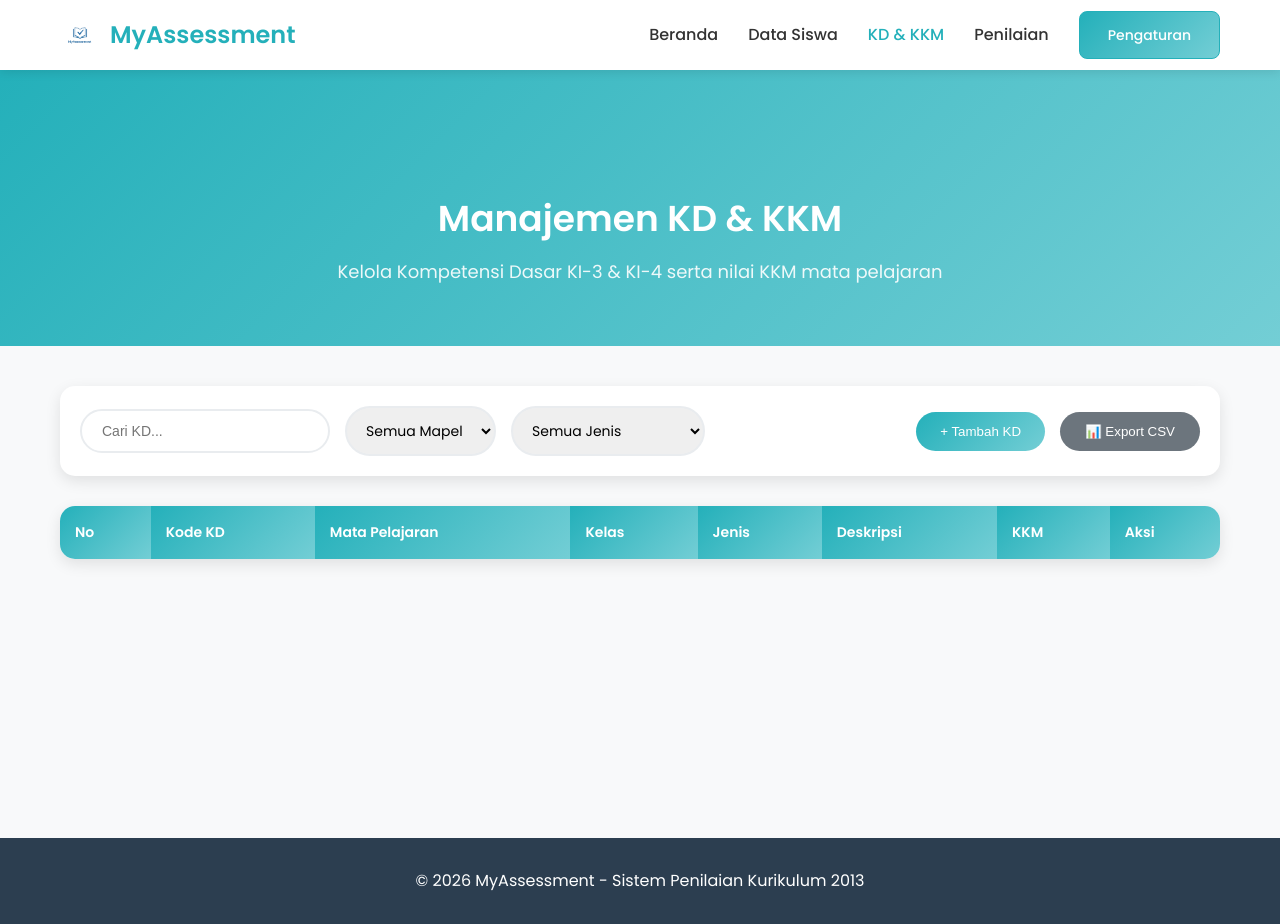
Repository: Ws529/MyAssassment_Final
Page: MyAssessment/wwwroot/kompetensi.html
The author's editor kept a copy of each file at every save. The page is drawn from the files as they stood at one save, then again after the next save.
The browser window is 1280 px wide. The pictures show the whole page.
The page's requests for data from a server got no answer.

Above is the page before, as saved 2026-01-01 14:11:24.

### MyAssessment/wwwroot/kompetensi.html
<!DOCTYPE html>
<html lang="id">
<head>
    <meta charset="utf-8" />
    <meta name="viewport" content="width=device-width, initial-scale=1.0" />
    <title>Manajemen KD & KKM - My Assessment</title>
    <link href="https://fonts.googleapis.com/css2?family=Poppins:wght@300;400;500;600;700&display=swap" rel="stylesheet">
    <link href="assets/css/neon-buttons.css" rel="stylesheet">
    <style>
        * { margin: 0; padding: 0; box-sizing: border-box; }
        body { font-family: 'Poppins', sans-serif; line-height: 1.6; color: #333; background-color: #f8f9fa; }
        .container { max-width: 1200px; margin: 0 auto; padding: 0 20px; }
        .navbar { background: #fff; box-shadow: 0 2px 10px rgba(0,0,0,0.1); position: fixed; top: 0; width: 100%; z-index: 1000; }
        .nav-container { max-width: 1200px; margin: 0 auto; padding: 0 20px; display: flex; justify-content: space-between; align-items: center; height: 70px; }
        .nav-brand { display: flex; align-items: center; font-size: 24px; font-weight: 600; color: #24b0ba; gap: 10px; text-decoration: none; }
        .nav-menu { display: flex; align-items: center; gap: 30px; }
        .nav-link { text-decoration: none; color: #333; font-weight: 500; transition: color 0.3s; }
        .nav-link:hover, .nav-link.active { color: #24b0ba; }
        .btn-primary { background: linear-gradient(135deg, #24b0ba, #73ced5); color: white; border: none; padding: 12px 24px; border-radius: 25px; font-weight: 500; cursor: pointer; text-decoration: none; }
        .page-header { background: linear-gradient(135deg, #24b0ba, #73ced5); color: white; padding: 120px 0 60px; margin-top: 70px; text-align: center; }
        .page-header h1 { font-size: 36px; font-weight: 600; margin-bottom: 10px; }
        .page-header p { font-size: 18px; opacity: 0.9; }
        .page-content { padding: 40px 0; min-height: 60vh; }
        .action-bar { display: flex; justify-content: space-between; align-items: center; margin-bottom: 30px; padding: 20px; background: white; border-radius: 15px; box-shadow: 0 5px 15px rgba(0,0,0,0.1); flex-wrap: wrap; gap: 15px; }
        .search-filter { display: flex; gap: 15px; align-items: center; flex-wrap: wrap; }
        .search-input { padding: 12px 20px; border: 2px solid #e9ecef; border-radius: 25px; font-size: 14px; width: 250px; outline: none; }
        .search-input:focus { border-color: #24b0ba; }
        .form-select { padding: 12px 15px; border: 2px solid #e9ecef; border-radius: 25px; font-size: 14px; outline: none; font-family: 'Poppins', sans-serif; }
        .action-buttons { display: flex; gap: 15px; }
        .btn-secondary { background: #6c757d; color: white; border: none; padding: 12px 25px; border-radius: 25px; font-weight: 500; cursor: pointer; }
        .form-card { background: white; padding: 30px; border-radius: 15px; box-shadow: 0 5px 15px rgba(0,0,0,0.1); margin-bottom: 30px; display: none; }
        .form-card.active { display: block; }
        .form-card h3 { font-size: 24px; font-weight: 600; margin-bottom: 25px; color: #333; border-bottom: 2px solid #24b0ba; padding-bottom: 10px; }
        .form-grid { display: grid; grid-template-columns: repeat(auto-fit, minmax(250px, 1fr)); gap: 20px; margin-bottom: 25px; }
        .form-group { display: flex; flex-direction: column; }
        .form-group.full-width { grid-column: 1 / -1; }
        .form-group label { font-weight: 500; margin-bottom: 8px; color: #333; }
        .form-input { padding: 12px 15px; border: 2px solid #e9ecef; border-radius: 8px; font-size: 14px; outline: none; font-family: 'Poppins', sans-serif; }
        .form-input:focus { border-color: #24b0ba; }
        .form-actions { display: flex; gap: 15px; justify-content: flex-end; padding-top: 20px; border-top: 1px solid #e9ecef; }
        .data-grid { background: white; border-radius: 15px; overflow: hidden; box-shadow: 0 5px 15px rgba(0,0,0,0.1); }
        .grid-table { width: 100%; border-collapse: collapse; font-size: 14px; }
        .grid-table th { background: linear-gradient(135deg, #24b0ba, #73ced5); color: white; padding: 15px; text-align: left; font-weight: 600; }
        .grid-table td { padding: 15px; border-bottom: 1px solid #e9ecef; vertical-align: middle; }
        .grid-table tr:hover { background: #f8f9fa; }
        .btn-edit { background: #28a745; color: white; border: none; padding: 8px 15px; border-radius: 5px; font-size: 12px; cursor: pointer; margin-right: 5px; }
        .btn-delete { background: #dc3545; color: white; border: none; padding: 8px 15px; border-radius: 5px; font-size: 12px; cursor: pointer; }
        .badge { padding: 5px 12px; border-radius: 15px; font-size: 12px; font-weight: 500; }
        .badge-ki3 { background: #e3f2fd; color: #1976d2; }
        .badge-ki4 { background: #fce4ec; color: #c2185b; }
        .empty-state { text-align: center; padding: 60px 20px; color: #666; }
        .empty-state h3 { font-size: 24px; margin-bottom: 10px; color: #333; }
        .message { padding: 15px 20px; border-radius: 8px; margin-bottom: 20px; display: none; }
        .message.success { background: #d4edda; color: #155724; border: 1px solid #c3e6cb; display: block; }
        .message.error { background: #f8d7da; color: #721c24; border: 1px solid #f5c6cb; display: block; }
        .footer { background: #2c3e50; color: white; padding: 30px 0; text-align: center; margin-top: 60px; }
        @media (max-width: 768px) {
            .action-bar { flex-direction: column; align-items: stretch; }
            .search-input { width: 100%; }
            .nav-menu { display: none; }
            .grid-table { display: block; overflow-x: auto; }
        }
    </style>
</head>
<body>
    <nav class="navbar">
        <div class="nav-container">
            <a href="index.html" class="nav-brand">
                <img src="assets/img/logo.png" alt="MyAssessment Logo" style="height: 40px; width: auto;">
                <span>MyAssessment</span>
            </a>
            <div class="nav-menu">
                <a href="index.html" class="nav-link">Beranda</a>
                <a href="siswa.html" class="nav-link">Data Siswa</a>
                <a href="kompetensi.html" class="nav-link active">KD & KKM</a>
                <a href="penilaian.html" class="nav-link">Penilaian</a>
                <a href="pengaturan.html" class="btn-neon btn-neon-primary">Pengaturan</a>
            </div>
        </div>
    </nav>
    <section class="page-header">
        <div class="container">
            <h1>Manajemen KD & KKM</h1>
            <p>Kelola Kompetensi Dasar KI-3 & KI-4 serta nilai KKM mata pelajaran</p>
        </div>
    </section>
    <section class="page-content">
        <div class="container">
            <div class="message" id="message"></div>
            <div class="action-bar">
                <div class="search-filter">
                    <input type="text" class="search-input" id="searchInput" placeholder="Cari KD..." onkeyup="searchKD()">
                    <select class="form-select" id="filterMapel" onchange="filterKD()">
                        <option value="">Semua Mapel</option>
                    </select>
                    <select class="form-select" id="filterType" onchange="filterKD()">
                        <option value="">Semua Jenis</option>
                        <option value="KI-3">KI-3 (Pengetahuan)</option>
                        <option value="KI-4">KI-4 (Keterampilan)</option>
                    </select>
                </div>
                <div class="action-buttons">
                    <button class="btn-primary" onclick="showForm()">+ Tambah KD</button>
                    <button class="btn-secondary" onclick="exportCSV()">📊 Export CSV</button>
                </div>
            </div>
            <div class="form-card" id="formCard">
                <h3 id="formTitle">Tambah Kompetensi Dasar Baru</h3>
                <div class="form-grid">
                    <div class="form-group">
                        <label>Kode KD</label>
                        <input type="text" class="form-input" id="kodeKD" placeholder="Contoh: 3.1, 4.1">
                    </div>
                    <div class="form-group">
                        <label>Mata Pelajaran</label>
                        <select class="form-input" id="mapel"><option value="">Pilih Mata Pelajaran</option></select>
                    </div>
                    <div class="form-group">
                        <label>Kelas</label>
                        <select class="form-input" id="kelas"><option value="">Pilih Kelas</option></select>
                    </div>
                    <div class="form-group">
                        <label>Jenis KI</label>
                        <select class="form-input" id="jenisKI">
                            <option value="">Pilih Jenis KI</option>
                            <option value="KI-3">KI-3 (Pengetahuan)</option>
                            <option value="KI-4">KI-4 (Keterampilan)</option>
                        </select>
                    </div>
                    <div class="form-group">
                        <label>KKM</label>
                        <input type="number" class="form-input" id="kkm" placeholder="75" value="75" min="0" max="100">
                    </div>
                    <div class="form-group full-width">
                        <label>Deskripsi Kompetensi Dasar</label>
                        <textarea class="form-input" id="deskripsi" rows="3" placeholder="Masukkan deskripsi lengkap KD"></textarea>
                    </div>
                </div>
                <div class="form-actions">
                    <button class="btn-primary" onclick="saveKD()">Simpan</button>
                    <button class="btn-secondary" onclick="hideForm()">Batal</button>
                </div>
            </div>
            <div class="data-grid">
                <table class="grid-table" id="kdTable">
                    <thead>
                        <tr>
                            <th>No</th><th>Kode KD</th><th>Mata Pelajaran</th><th>Kelas</th><th>Jenis</th><th>Deskripsi</th><th>KKM</th><th>Aksi</th>
                        </tr>
                    </thead>
                    <tbody id="kdBody"></tbody>
                </table>
            </div>
        </div>
    </section>
    <footer class="footer">
        <div class="container"><p>© 2026 MyAssessment - Sistem Penilaian Kurikulum 2013</p></div>
    </footer>
    <script>
        const API_URL = '/api';
        let competencies = [];
        let kelasList = [];
        let mapelList = [];
        let editingId = null;

        document.addEventListener('DOMContentLoaded', function() {
            loadDropdownOptions();
            loadKompetensi();
        });

        async function loadDropdownOptions() {
            try {
                const [kelasRes, mapelRes] = await Promise.all([
                    fetch(`${API_URL}/kelas`),
                    fetch(`${API_URL}/mapel`)
                ]);
                kelasList = await kelasRes.json();
                mapelList = await mapelRes.json();

                const filterMapel = document.getElementById('filterMapel');
                filterMapel.innerHTML = '<option value="">Semua Mapel</option>';
                mapelList.forEach(m => filterMapel.innerHTML += `<option value="${m.nama}">${m.nama}</option>`);

                const formMapel = document.getElementById('mapel');
                formMapel.innerHTML = '<option value="">Pilih Mata Pelajaran</option>';
                mapelList.forEach(m => formMapel.innerHTML += `<option value="${m.nama}">${m.nama}</option>`);

                const formKelas = document.getElementById('kelas');
                formKelas.innerHTML = '<option value="">Pilih Kelas</option>';
                kelasList.forEach(k => formKelas.innerHTML += `<option value="${k.nama}">${k.nama}</option>`);
            } catch (err) {
                console.error('Error loading options:', err);
            }
        }

        async function loadKompetensi() {
            try {
                const res = await fetch(`${API_URL}/kompetensi`);
                competencies = await res.json();
                renderKD();
            } catch (err) {
                console.error('Error loading kompetensi:', err);
                showMessage('Gagal memuat data KD', 'error');
            }
        }

        function renderKD(data = competencies) {
            const tbody = document.getElementById('kdBody');
            if (data.length === 0) {
                tbody.innerHTML = `<tr><td colspan="8"><div class="empty-state"><h3>Belum ada data Kompetensi Dasar</h3><p>Klik tombol "Tambah KD" untuk menambah data baru</p></div></td></tr>`;
                return;
            }
            tbody.innerHTML = data.map((kd, index) => `
                <tr>
                    <td>${index + 1}</td>
                    <td><strong>${kd.kode}</strong></td>
                    <td>${kd.mapel}</td>
                    <td>${kd.kelas}</td>
                    <td><span class="badge ${kd.jenis === 'KI-3' ? 'badge-ki3' : 'badge-ki4'}">${kd.jenis}</span></td>
                    <td>${kd.deskripsi ? kd.deskripsi.substring(0, 50) + '...' : '-'}</td>
                    <td><strong>${kd.kkm}</strong></td>
                    <td>
                        <button class="btn-edit" onclick="editKD('${kd.id}')">Edit</button>
                        <button class="btn-delete" onclick="deleteKD('${kd.id}')">Hapus</button>
                    </td>
                </tr>
            `).join('');
        }

        function showForm() {
            document.getElementById('formCard').classList.add('active');
            document.getElementById('formTitle').textContent = 'Tambah Kompetensi Dasar Baru';
            clearForm();
            editingId = null;
        }

        function hideForm() {
            document.getElementById('formCard').classList.remove('active');
            clearForm();
            editingId = null;
        }

        function clearForm() {
            document.getElementById('kodeKD').value = '';
            document.getElementById('mapel').value = '';
            document.getElementById('kelas').value = '';
            document.getElementById('jenisKI').value = '';
            document.getElementById('kkm').value = '75';
            document.getElementById('deskripsi').value = '';
        }

        async function saveKD() {
            const kd = {
                kode: document.getElementById('kodeKD').value,
                mapel: document.getElementById('mapel').value,
                kelas: document.getElementById('kelas').value,
                jenis: document.getElementById('jenisKI').value,
                kkm: parseInt(document.getElementById('kkm').value),
                deskripsi: document.getElementById('deskripsi').value
            };

            if (!kd.kode || !kd.mapel || !kd.kelas || !kd.jenis || !kd.deskripsi) {
                showMessage('Mohon lengkapi semua data!', 'error');
                return;
            }

            try {
                let res;
                if (editingId) {
                    res = await fetch(`${API_URL}/kompetensi/${editingId}`, {
                        method: 'PUT',
                        headers: { 'Content-Type': 'application/json' },
                        body: JSON.stringify(kd)
                    });
                } else {
                    res = await fetch(`${API_URL}/kompetensi`, {
                        method: 'POST',
                        headers: { 'Content-Type': 'application/json' },
                        body: JSON.stringify(kd)
                    });
                }
                const result = await res.json();
                showMessage(result.message, 'success');
                hideForm();
                loadKompetensi();
            } catch (err) {
                showMessage('Gagal menyimpan data', 'error');
            }
        }

        function editKD(id) {
            const kd = competencies.find(k => k.id === id);
            if (kd) {
                document.getElementById('kodeKD').value = kd.kode;
                document.getElementById('mapel').value = kd.mapel;
                document.getElementById('kelas').value = kd.kelas;
                document.getElementById('jenisKI').value = kd.jenis;
                document.getElementById('kkm').value = kd.kkm;
                document.getElementById('deskripsi').value = kd.deskripsi;
                document.getElementById('formCard').classList.add('active');
                document.getElementById('formTitle').textContent = 'Edit Kompetensi Dasar';
                editingId = id;
            }
        }

        async function deleteKD(id) {
            if (confirm('Yakin ingin menghapus Kompetensi Dasar ini?')) {
                try {
                    const res = await fetch(`${API_URL}/kompetensi/${id}`, { method: 'DELETE' });
                    const result = await res.json();
                    showMessage(result.message, 'success');
                    loadKompetensi();
                } catch (err) {
                    showMessage('Gagal menghapus data', 'error');
                }
            }
        }

        function searchKD() {
            const searchTerm = document.getElementById('searchInput').value.toLowerCase();
            const filtered = competencies.filter(k =>
                k.kode.toLowerCase().includes(searchTerm) ||
                (k.deskripsi && k.deskripsi.toLowerCase().includes(searchTerm)) ||
                k.mapel.toLowerCase().includes(searchTerm)
            );
            renderKD(filtered);
        }

        function filterKD() {
            const mapel = document.getElementById('filterMapel').value;
            const type = document.getElementById('filterType').value;
            let filtered = competencies;
            if (mapel) filtered = filtered.filter(k => k.mapel === mapel);
            if (type) filtered = filtered.filter(k => k.jenis === type);
            renderKD(filtered);
        }

        function exportCSV() {
            let csv = 'Kode KD,Mata Pelajaran,Kelas,Jenis KI,Deskripsi,KKM\n';
            competencies.forEach(k => {
                csv += `${k.kode},${k.mapel},${k.kelas},${k.jenis},"${k.deskripsi || ''}",${k.kkm}\n`;
            });
            const blob = new Blob([csv], { type: 'text/csv' });
            const url = window.URL.createObjectURL(blob);
            const a = document.createElement('a');
            a.href = url;
            a.download = 'KompetensiDasar.csv';
            a.click();
            showMessage('Data berhasil diekspor ke CSV!', 'success');
        }

        function showMessage(text, type) {
            const msg = document.getElementById('message');
            msg.textContent = text;
            msg.className = 'message ' + type;
            setTimeout(() => { msg.className = 'message'; }, 3000);
        }
    </script>
</body>
</html>

Loaded but not shown: MyAssessment/wwwroot/assets/css/neon-buttons.css (288 lines, source omitted)

After the next save:
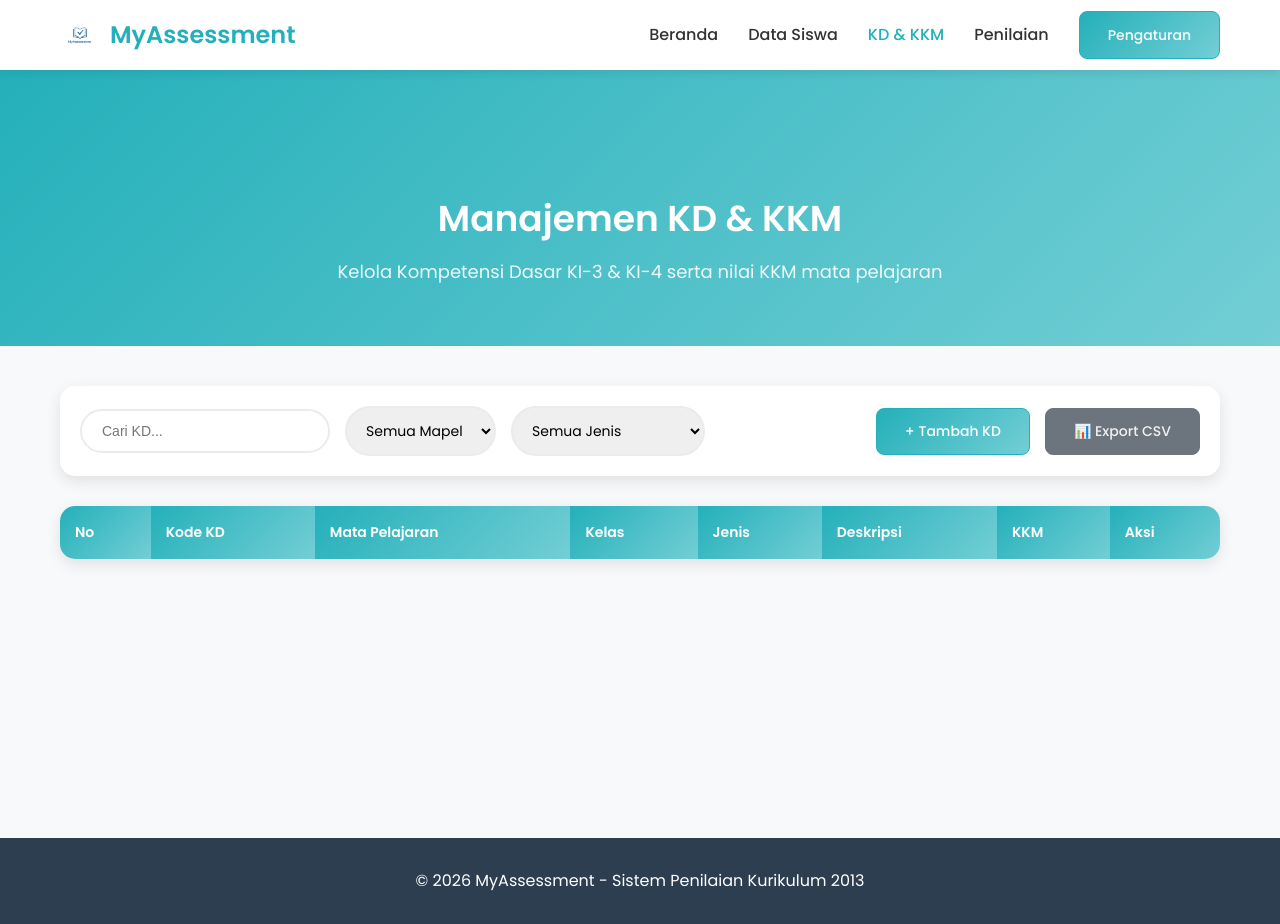
Saved 14 s later.
--- a/MyAssessment/wwwroot/kompetensi.html
+++ b/MyAssessment/wwwroot/kompetensi.html
@@ -100,8 +100,8 @@
                     </select>
                 </div>
                 <div class="action-buttons">
-                    <button class="btn-primary" onclick="showForm()">+ Tambah KD</button>
-                    <button class="btn-secondary" onclick="exportCSV()">📊 Export CSV</button>
+                    <button class="btn-neon btn-neon-primary" onclick="showForm()">+ Tambah KD</button>
+                    <button class="btn-neon btn-neon-secondary" onclick="exportCSV()">📊 Export CSV</button>
                 </div>
             </div>
             <div class="form-card" id="formCard">
